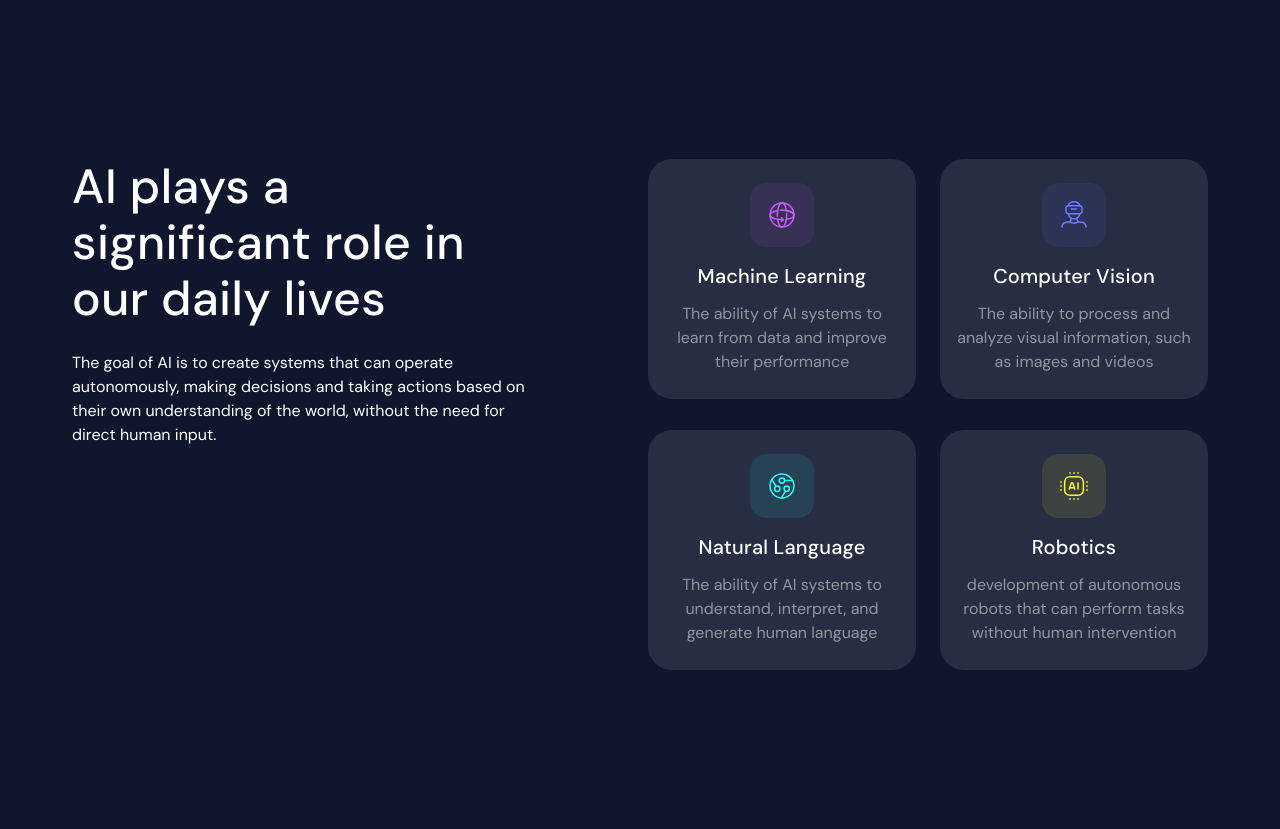
Repository: alphatra/INVO-Academy
Page: / (app in [lvl 1] Sekcja 4 obszarów AI/Starter-code/)
The author's editor kept a copy of each file at every save. The page is drawn from the files as they stood at one save, then again after the next save.
The browser window is 1280 px wide. The pictures show the whole page.
The project was rebuilt for these pictures with package versions that can differ from the ones it lists, and the page was loaded fresh each time.

Above is the page before, as saved 2023-03-24 17:47:05.

### [lvl 1] Sekcja 4 obszarów AI/Starter-code/index.html
<!DOCTYPE html>
<html lang="en">

<head>
  <meta charset="UTF-8" />
  <link rel="icon" type="image/svg+xml" href="/vite.svg" />
  <meta name="viewport" content="width=device-width, initial-scale=1.0" />
  <title>INVO Academy JS Starter with Vite</title>
</head>

<body>
  <section class="hero">
    <div class="hero__header">
      <div class="hero__title"><span>AI plays a significant role in our daily lives</span></div>
      <div class="hero__description">
        <span>
          The goal of AI is to create systems that can operate
          autonomously, making decisions and taking actions based on
          their own understanding of the world, without the need for direct human input.
        </span>
      </div>
    </div>
    <div class="hero__categories">
      <div class="hero__category">
        <div class="hero__category-image">
          <img src="/public/images/ML.svg" alt="Machine Learning">
        </div>
        <div class="hero__category-title">
          <span>Machine Learning</span></div>
        <div class="hero__category-description">
          <span>The ability of AI systems to learn from data and improve their performance</span></div>
      </div>
      <div class="hero__category">
        <div class="hero__category-image">
          <img src="/public/images/CV.svg" alt="Computer Vision">
        </div>
        <div class="hero__category-title">
          <span>Computer Vision</span></div>
        <div class="hero__category-description">
          <span>The ability to process and analyze visual information, such as images and videos</span></div>
      </div>
      <div class="hero__category">
        <div class="hero__category-image">
          <img src="/public/images/NL.svg" alt="Natural Language">
        </div>
        <div class="hero__category-title">
          <span>Natural Language</span></div>
        <div class="hero__category-description">
          <span> The ability of AI systems to understand, interpret, and generate human language</span></div>
      </div>
      <div class="hero__category">
        <div class="hero__category-image">
          <img src="/public/images/AI.svg" alt="Robotics">
        </div>
        <div class="hero__category-title">
          <span>Robotics</span></div>
        <div class="hero__category-description">
          <span>development of autonomous robots that can perform tasks without human intervention</span></div>
      </div>
    </div>
  </section>


  <script type="module" src="/src/global-scripts/main.js"></script>
  <script type="module" src="/src/pages/home-page/scripts/home-page.js"></script>
</body>

</html>

### [lvl 1] Sekcja 4 obszarów AI/Starter-code/src/pages/home-page/scripts/home-page.js
/// Homepage JavaScript File
/// Here we import all the JavaScript files we need for our homepage.

import '../styles/home-page.scss'

import { setupCounter } from '../../../global-scripts/scripts/counter/counter.js'

### [lvl 1] Sekcja 4 obszarów AI/Starter-code/src/global-styles/style.scss
/// Main Styles File
/// Here we import all the global Styles files we need for our project.

@import "styles/normalize.scss";
@import "styles/root.scss";
@import "styles/fonts.scss";

body {
  font-family: 'Roboto', sans-serif;
  color: var(--color-primary);
}

p {
  color: var(--color-on-surface);
}

### [lvl 1] Sekcja 4 obszarów AI/Starter-code/src/pages/home-page/styles/home-page.scss
:root{
    --color-background: rgb(15, 22, 45);
    --color-category: rgb(39, 45, 66);
    --text-color: rgb(255, 255, 255);
    --text-sec-color:rgba(255, 255, 255, 0.5);
    --text-header__title-size: 48px;
    --text-header__title-line-height: 56px;
    --text-header__title-letter-spacing: 0.008em;
    --header-margin-bottom: 24px;
    --text-header__description-size: 16px;
    --text-header__description-line-height: 24px;
    --font-family: 'DM Sans', sans-serif;
    --font-weight-main: 500;
    --font-weight-sub: 400;
    --font-style-main: normal;
    --gap: 109px;
    --margin: 159px auto;
    --padding-block: 0 16px;
    --padding-category: 24px 0;
    --category-width: 268px;
    --category-height: 240px;
    --category-title-size: 20px;
    --category-description-size: 16px;
    --catrogry-image-size: 56px;
    --border-radius: 24px;
    --gap-elem: 14px;
    --row-gap: 31px;
    --column-gap: 24px;
}

body {
    background-color: var(--color-background);
}

h1,p,span {
    font-family: var(--font-family);
    color: var(--text-color);
    font-style: var(--font-style-main);
}

.hero {
    max-width: 1136px;
    margin: var(--margin);
    padding: var(--padding-block);
    display: flex;
    justify-content: center;
    gap: var(--gap);
    align-items: flex-start;


    &__header {
        display: flex;
        flex-wrap: wrap;
        max-width: 467px;
    }

    &__title {
        margin-block-start: 0;
        font-size: var(--text-header__title-size);
        line-height: var(--text-header__title-line-height);
        font-weight: var(--font-weight-main);
        letter-spacing: var(--text-header__title-letter-spacing);
        margin-bottom: var(--header-margin-bottom);
    }

    &__description {
        font-size: var(--text-header__description-size);
        line-height: var(--text-header__description-line-height);
        font-weight: var(--font-weight-sub);
    }

    &__categories {
        display: grid;
        flex-wrap: wrap;
        grid-template-columns: repeat(2, minmax(45%, 1fr));
        column-gap: var(--column-gap);
        row-gap: var(--row-gap);
        text-align: center;

    }
    &__category {

        padding: var(--padding-category);
        display: flex;
        flex-direction: column;
        gap: var(--gap-elem);
        box-sizing: border-box;
        width: var(--category-width);
        min-height: var(--category-height);
        background: var(--color-category);
        border-radius: var(--border-radius);
        transition: box-shadow 0.2s ease-in-out;
        align-content: start;

        &-image {

        }

        &-title {
            font-size: var(--category-title-size);
            font-weight: var(--font-weight-main);
            letter-spacing: 0.2px;
        }

        &-description {
            --text-color: var(--text-sec-color);
            font-size: var(--category-description-size);
            font-weight: var(--font-weight-sub);
            line-height: 24px;
            padding: var(--padding-block);
        }
    }
}

@media only screen and (min-width: 768px) and (max-width: 959px){
    .hero{
        max-width: 496px;
        margin:247px auto;
        flex-direction: column;
        gap: 0;
        &__header{
            align-self: center;
            max-width: 496px;
        }
        &__title{
            margin-bottom: 16px;
        }
        &__description{
            margin-bottom: 24px;
        }
        &__categories{
            max-width: 496px;
            align-self: center;
            gap: 16px;
        }
        &__category{
            padding: 20px 0;
            width: 240px;
            min-height: 218px;
            border-radius: 20px;
            &-image > img{
                width: 56px;
                height: 56px;
            }
            &-title{
                font-size: 20px;
            }
            &-description{
                font-size: 14px;
                line-height: 22px;
            }
        }
    }
}

@media only screen and (max-width: 767px){
    .hero{
        max-width: 343px;
        margin: 48px auto;
        flex-direction: column;
        gap: 0;
        &__header{
            align-self: center;
            max-width: 496px;
        }
        &__title{
            font-size: 32px;
            line-height: 40px;
            margin-bottom: 16px;
        }
        &__description{
            font-size: 16px;
            margin-bottom: 24px;
        }
        &__categories{
            max-width: 496px;
            margin-left: 0;
            align-self: center;
            gap: 16px;
            grid-template-columns: repeat(1, 1fr);
        }
        &__category{
            border-radius: 20px;
            padding: 20px 0;
            width: 343px;
            min-height: 196px;
            &-image > img{
                width: 56px;
                height: 56px;
            }
            &-title{
                font-size: 20px;
            }
            &-description{
                font-size: 14px;
                line-height: 22px;
                padding: 0 20px;
            }
        }
    }
}
@media only screen and (max-width: 375px){
    .hero{
        max-width: 100%;
        margin: 48px auto;
;
        &__header{
            max-width: 100%;
        }
        &__title{
            line-height: 32px;

        }
        &__description{

        }
        &__categories{
            max-width: 100%;
            align-self: center;
            gap: 1em;
            grid-template-columns: repeat(1, 1fr);
        }
        &__category{
            border-radius: 20px;
            padding: 12px 0;
            width: 100%;

            &-image > img{
                width: 54px;
                height: 54px;
            }
            &-title{
            }
            &-description{
                line-height: 18px;
                padding: 0 16px;
            }
        }
    }
}

### [lvl 1] Sekcja 4 obszarów AI/Starter-code/src/global-scripts/scripts/counter/counter.js
/// Sample js file for demo purposes
/// Remember to always export your functions
/// so that they can be used in other files

export function setupCounter(element) {
  let counter = 0
  const setCounter = (count) => {
    counter = count
    element.innerHTML = `script test - count is ${counter}`
  }
  element.addEventListener('click', () => setCounter(counter + 1))
  setCounter(0)
}

### [lvl 1] Sekcja 4 obszarów AI/Starter-code/src/global-styles/styles/root.scss
/// Root Styles file
/// Here we define all the root variables we need for our project.
/// For examples see Material Design color system: https://m2.material.io/design/color/the-color-system.html

:root {
    --color-primary: #5721f2;
    --color-on-surface: #000;
}

### [lvl 1] Sekcja 4 obszarów AI/Starter-code/src/global-styles/styles/fonts.scss
/// Main Fonts File
/// Here we import all the fonts files we need for our project.

@import url('https://fonts.googleapis.com/css2?family=Roboto:ital,wght@0,100;0,300;0,400;0,500;0,700;0,900;1,100;1,300;1,400;1,500;1,700;1,900&display=swap');
@import url('https://fonts.googleapis.com/css2?family=DM+Sans:wght@400;500&display=swap');

Loaded but not shown: [lvl 1] Sekcja 4 obszarów AI/Starter-code/src/global-scripts/main.js (common file); [lvl 1] Sekcja 4 obszarów AI/Starter-code/src/global-styles/styles/normalize.scss (common file)

After the next save:
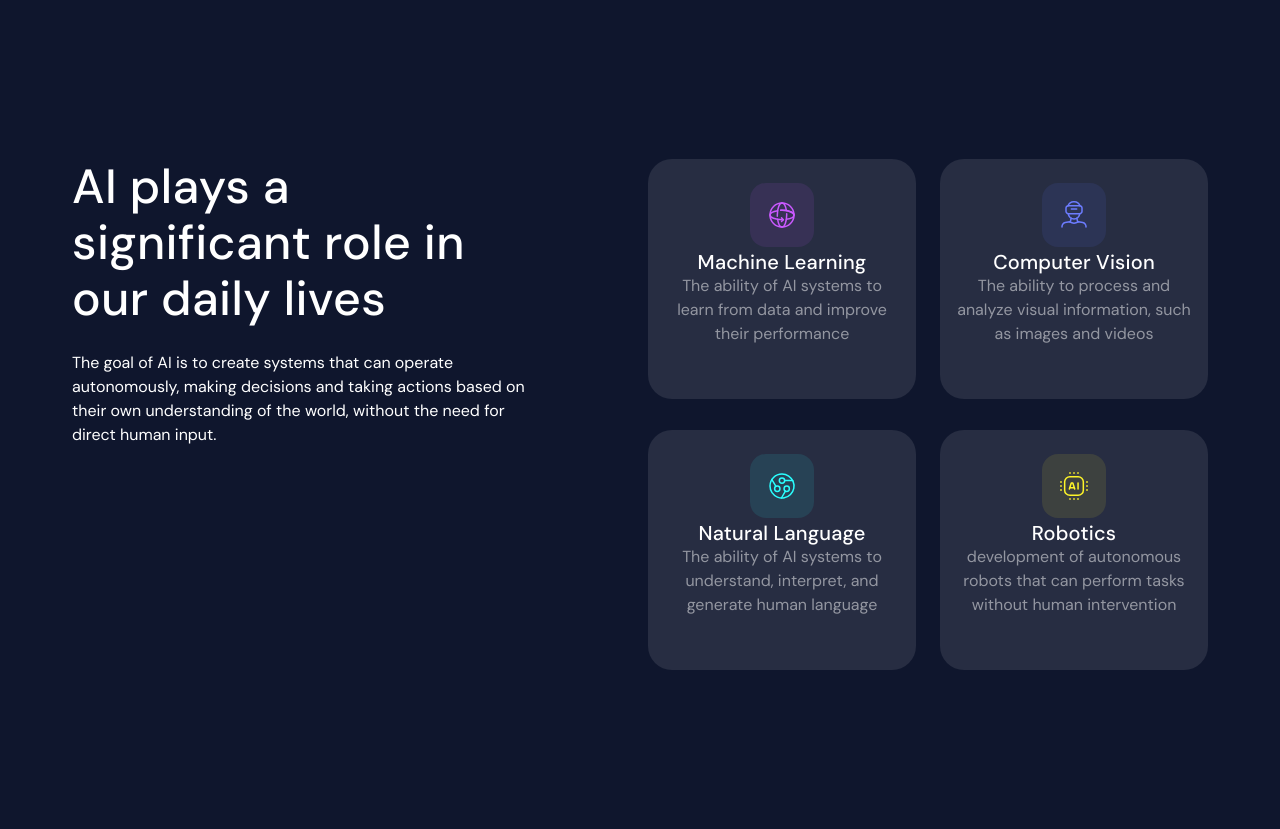
Saved 7 s later.
--- a/[lvl 1] Sekcja 4 obszarów AI/Starter-code/src/pages/home-page/styles/home-page.scss
+++ b/[lvl 1] Sekcja 4 obszarów AI/Starter-code/src/pages/home-page/styles/home-page.scss
@@ -23,7 +23,7 @@
     --category-description-size: 16px;
     --catrogry-image-size: 56px;
     --border-radius: 24px;
-    --gap-elem: 14px;
+    --gap-elemement: 14px;
     --row-gap: 31px;
     --column-gap: 24px;
 }
@@ -83,7 +83,7 @@
         padding: var(--padding-category);
         display: flex;
         flex-direction: column;
-        gap: var(--gap-elem);
+        gap: var(--gap-element);
         box-sizing: border-box;
         width: var(--category-width);
         min-height: var(--category-height);

After the save that followed:
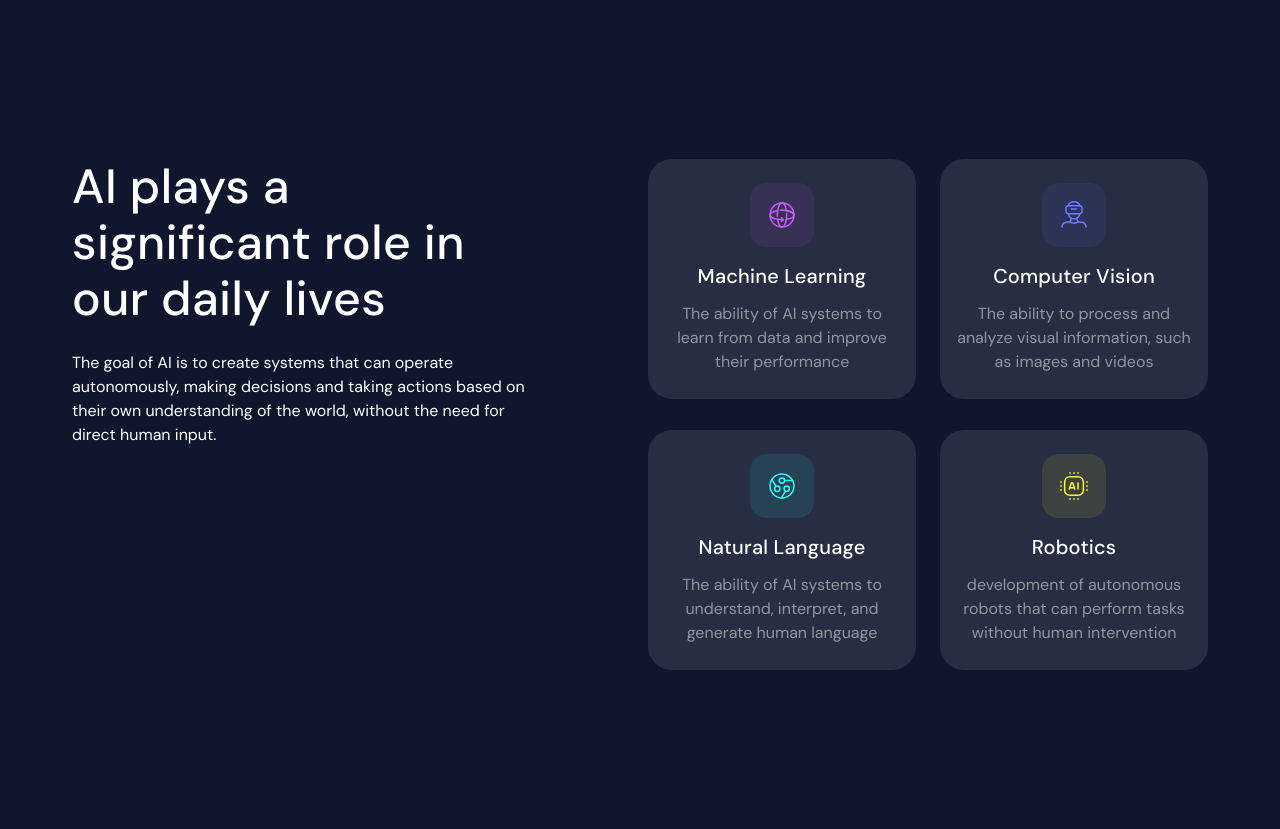
Saved 8 s later.
--- a/[lvl 1] Sekcja 4 obszarów AI/Starter-code/src/pages/home-page/styles/home-page.scss
+++ b/[lvl 1] Sekcja 4 obszarów AI/Starter-code/src/pages/home-page/styles/home-page.scss
@@ -23,7 +23,7 @@
     --category-description-size: 16px;
     --catrogry-image-size: 56px;
     --border-radius: 24px;
-    --gap-elemement: 14px;
+    --gap-element: 14px;
     --row-gap: 31px;
     --column-gap: 24px;
 }
